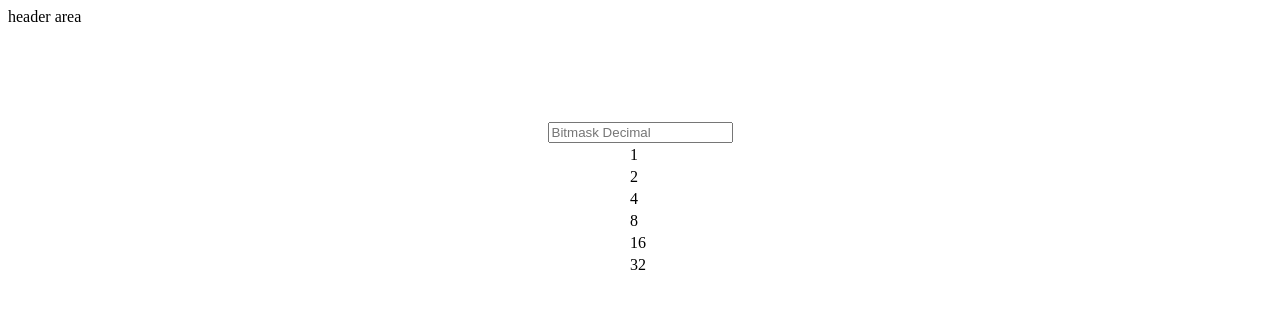
Repository: MeowCeline00/assessment-2
Page: /
An editor plug-in stored every save of this project. The page is shown before and after a run of saves, followed by the edit.
The browser window is 1280 px wide. The pictures show the whole page.
The project was rebuilt for these pictures with package versions that can differ from the ones it lists, and the page was loaded fresh each time. The framework's server and built-in components were replaced by stand-ins that run in the browser. Also part of the build but not shown: next.config.mjs.

Above is the page before, as saved 2024-01-25 14:48:16.

### pages/index.js
import Head from "next/head";
import { useState } from "react";
import styles from "@/styles/Home.module.css";


export default function Home() {

  // Maplestory
  const classFilters = {
    1: 'Magician',
    2: 'Thief',
    4: 'Warrior',
    8: 'Bowman',
    16: 'Pirate',
    32: 'Nothing'
  }

  const [input, setInput] = useState();

  const getClassStyle = flagValue => (input & flagValue) > 0 ? {backgroundColor: 'yellow'} : null;

  return (
    <>
      <Head>
        <title>Create Next App</title>
        <meta name="description" content="Generated by create next app" />
        <meta name="viewport" content="width=device-width, initial-scale=1" />
        <link rel="icon" href="/favicon.ico" />
      </Head>
      <header>header area</header>
      <main className={`${styles.main}`}>
       <input
       id="input"
       type="text"
       placeholder='Bitmask Decimal'
       value={input}
       onChange={event => setInput(event.target.value)}
       />
       <table>
        <tbody>
          {
            Object.keys(classFilters).map(item => (
              <tr key={item} style={getClassStyle(item)}>
                <td>{item}</td>
                <td></td>
              </tr>
            )

            )
          }
        </tbody>
       </table>
      </main>
    </>
  );
}

### styles/Home.module.css
.main {
  display: flex;
  flex-direction: column;
  justify-content: space-between;
  align-items: center;
  padding: 6rem;
  min-height: 20vh;
}

Loaded but not shown: pages/_app.js (common file); pages/_document.js (common file); styles/globals.css (common file)

After the next 6 saves:
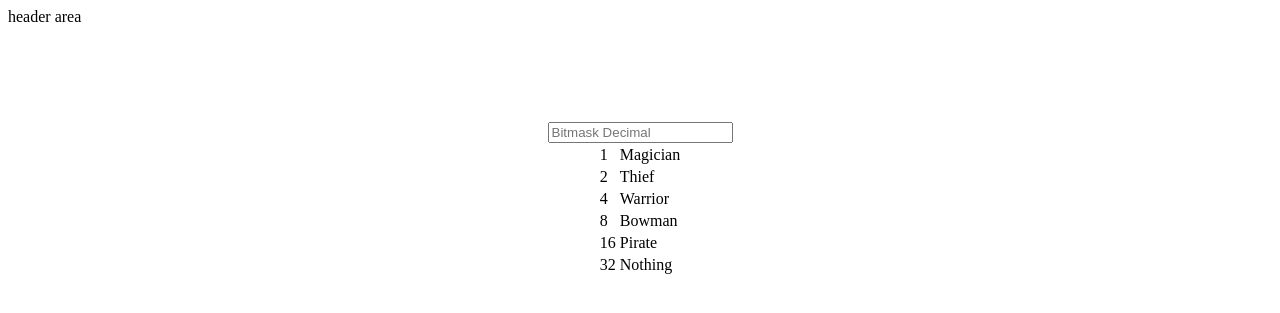
The 6 saves are shown as one change because they came seconds apart.
The last was saved 13 s later.
--- a/pages/index.js
+++ b/pages/index.js
@@ -42,7 +42,7 @@ export default function Home() {
             Object.keys(classFilters).map(item => (
               <tr key={item} style={getClassStyle(item)}>
                 <td>{item}</td>
-                <td></td>
+                <td>{classFilters[item]}</td>
               </tr>
             )
 
